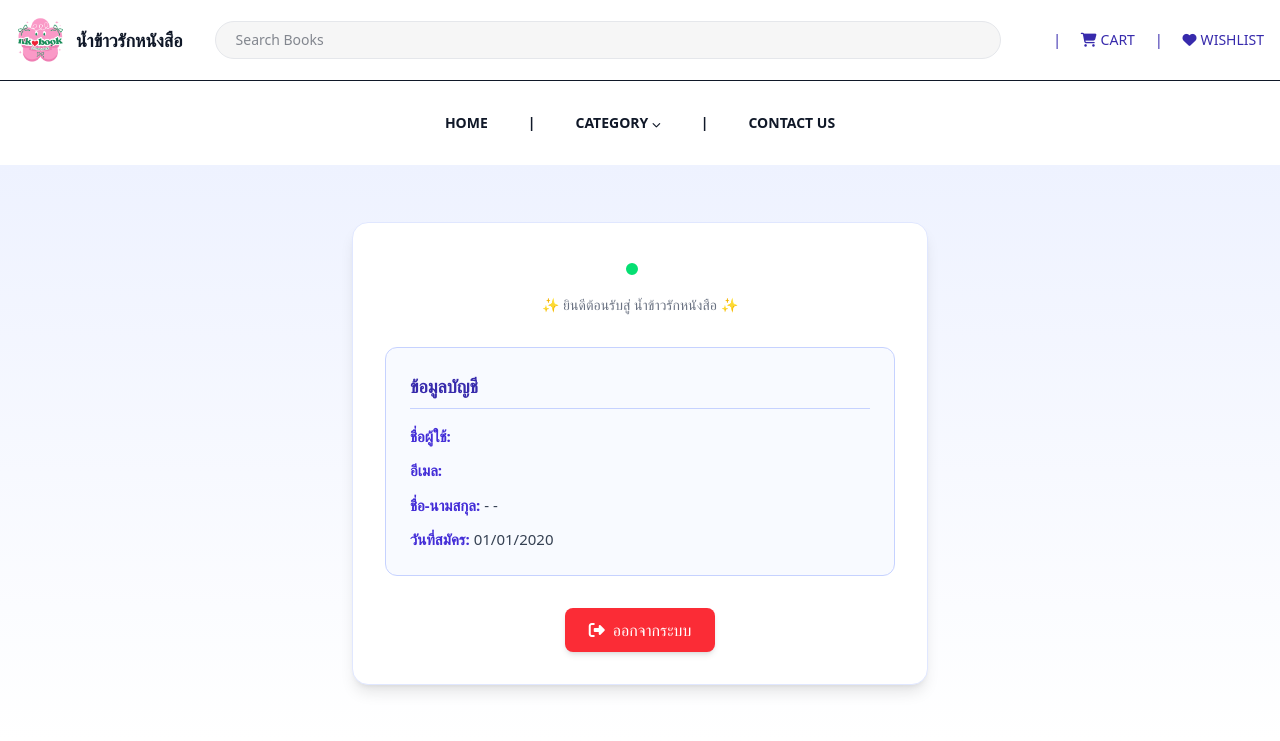
Repository: buratsakon0/NKLoveBook
Page: http://localhost/profile
An editor plug-in stored every save of this project. The page is shown before and after the next save, followed by the edit.
The browser window is 1280 px wide. The pictures show the whole page.
The page is served by the project's Laravel application, run on PHP 8.4 with Laravel 12. A made-up administrator, Test User (test@example.com), is signed in. Other server files are loaded and not shown. Style sheets and scripts are compiled from the project's sources, by tool versions that may differ from the author's. Queries for data that is not in the repository find no rows.

Above is the page before, as saved 2025-10-26 16:14:02.

### routes/web.php
<?php

use Illuminate\Support\Facades\Route;
use App\Http\Controllers\HomeController;
use App\Http\Controllers\CategoryController;
use App\Http\Controllers\BookController;
use App\Http\Controllers\AuthController;
use App\Http\Controllers\ProfileController;
use Illuminate\Http\Request;
use App\Models\User;

// หน้าแรก
Route::get('/', [HomeController::class, 'index'])->name('home');

// หน้า home (view ตรง)
Route::view('/home', 'home');

// หน้า book
Route::get('/book/{book}', [BookController::class, 'show'])->name('book.show');

// หน้า contact
Route::get('/contact', function () {
    return view('contact');
})->name('contact');

Route::get('/category/{id}', [CategoryController::class, 'show'])->name('category.show');

Route::get('/login', [AuthController::class, 'showLoginForm'])->name('login');
Route::post('/login', [AuthController::class, 'login']);

//  หน้าสมัครสมาชิก
Route::get('/register', [AuthController::class, 'showRegisterForm'])->name('register');
Route::post('/register', [AuthController::class, 'register']);

//  ปุ่มออกจากระบบ
Route::post('/logout', [AuthController::class, 'logout'])->name('logout');

Route::get('/profile', [ProfileController::class, 'show'])->middleware('auth')->name('profile');

Route::get('/api/check-username', function (Request $request) {
    $exists = User::where('Username', $request->Username)->exists();
    return response()->json(['exists' => $exists]);
});

Route::get('/api/check-email', function (Request $request) {
    $exists = User::where('Email', $request->Email)->exists();
    return response()->json(['exists' => $exists]);
});

### app/Models/User.php
<?php

namespace App\Models;

use Illuminate\Foundation\Auth\User as Authenticatable;
use Illuminate\Notifications\Notifiable;

class User extends Authenticatable
{
    use Notifiable;

    protected $table = 'users';
    protected $primaryKey = 'UserID';

    protected $fillable = [
        'Username',
        'Fname',
        'Lname',
        'Email',
        'Password',
    ];

    protected $hidden = [
        'Password',
    ];

    public function getAuthPassword()
    {
        return $this->Password;
    }
}

### app/Http/Controllers/ProfileController.php
<?php

namespace App\Http\Controllers;

use Illuminate\Support\Facades\Auth;

class ProfileController extends Controller
{
    public function show()
    {
        $user = Auth::user();
        return view('profile', compact('user'));
    }
}

### resources/views/profile.blade.php
@extends('layouts.app')

@section('content')
<div class="min-h-[80vh] flex justify-center items-center bg-gradient-to-b from-indigo-50 to-white py-10 px-4">
    <div class="bg-white shadow-lg rounded-2xl p-8 w-full max-w-xl border border-indigo-100">

        {{-- 🌸 ส่วนหัว --}}
        <div class="text-center mb-8">
            <div class="relative inline-block">
                <span class="absolute -bottom-1 right-0 bg-green-400 w-4 h-4 rounded-full border-2 border-white"></span>
            </div>
            <h2 class="text-2xl font-bold text-indigo-700 mt-4">{{ $user->Username }}</h2>
            <p class="text-gray-500 text-sm mt-1">✨ ยินดีต้อนรับสู่ น้ำข้าวรักหนังสือ ✨</p>
        </div>

        {{-- 🧾 ข้อมูลบัญชี --}}
        <div class="border border-indigo-200 rounded-xl p-6 bg-indigo-50/40">
            <h3 class="text-lg font-bold text-indigo-800 mb-4 border-b border-indigo-200 pb-2">
                ข้อมูลบัญชี
            </h3>

            <div class="space-y-3 text-gray-700 text-[15px]">
                <p><strong class="text-indigo-700">ชื่อผู้ใช้:</strong> {{ $user->Username }}</p>
                <p><strong class="text-indigo-700">อีเมล:</strong> {{ $user->Email }}</p>
                <p><strong class="text-indigo-700">ชื่อ-นามสกุล:</strong> {{ $user->Fname ?? '-' }} {{ $user->Lname ?? '-' }}</p>
                <p><strong class="text-indigo-700">วันที่สมัคร:</strong> {{ $user->created_at->format('d/m/Y') }}</p>
            </div>
        </div>

        {{-- 🚪 ปุ่มออกจากระบบ --}}
        <div class="mt-8 flex justify-center">
            <form method="POST" action="{{ route('logout') }}">
                @csrf
                <button type="submit"
                    class="bg-red-500 hover:bg-red-600 text-white px-6 py-2.5 rounded-lg font-medium shadow-md transition duration-200 ease-in-out">
                    <i class="fa fa-sign-out-alt mr-1"></i> ออกจากระบบ
                </button>
            </form>
        </div>
    </div>
</div>
@endsection

### resources/views/layouts/app.blade.php
<!DOCTYPE html>
<html lang="th">
<head>
    <meta charset="UTF-8">
    <meta name="viewport" content="width=device-width, initial-scale=1.0">
    <title>น้ำข้าวรักหนังสือ</title>

    @vite('resources/css/app.css')
    <link rel="stylesheet" href="https://cdnjs.cloudflare.com/ajax/libs/font-awesome/6.5.0/css/all.min.css">

</head>
<body class="bg-gray-50 text-gray-900">
    @include('component.navbar')

    <main>
        @yield('content')
    </main>



</body>
</html>

### resources/views/component/navbar.blade.php
@php
  use App\Models\Category;
  $categories = Category::all();
@endphp

@once
  <style>
    .nav-category {
      position: relative;
      display: inline-block;
    }
    .nav-category__toggle {
      display: inline-flex;
      align-items: center;
      gap: 0.4rem;
      padding: 0.2rem 0;
      border: 0;
      background: transparent;
      font-weight: 600;
      text-transform: uppercase;
      letter-spacing: 0.22em;
      font-size: 0.9rem;
      color: #dd4f2f;
      cursor: pointer;
      transition: color 0.2s ease;
    }
    .nav-category__toggle:focus-visible {
      outline: 2px solid #f26d3d;
      outline-offset: 4px;
    }
    .nav-category:hover .nav-category__toggle,
    .nav-category:focus-within .nav-category__toggle {
      color: #f26d3d;
    }
    .nav-category__menu {
      position: absolute;
      top: 100%;
      left: 50%;
      transform: translateX(-50%);
      width: 15rem;
      display: none;
      background: #fff5e9;
      border: 1px solid #f2c6a6;
      border-radius: 8px;
      box-shadow: 0 6px 20px rgba(0, 0, 0, 0.12);
      padding-bottom: 0.5rem;
      z-index: 40;
    }
    .nav_item:hover {
      color: #f26d3d;
    }
    .nav-category:hover .nav-category__menu,
    .nav-category:focus-within .nav-category__menu {
      display: block;
    }
    .nav-category__top-strip {
      height: 4px;
      background: #b280d6;
      border-top-left-radius: 8px;
      border-top-right-radius: 8px;
    }
    .nav-category__notch {
      position: absolute;
      top: -12px;
      right: 1.5rem;
      width: 0;
      height: 0;
      border-left: 12px solid transparent;
      border-right: 12px solid transparent;
      border-bottom: 12px solid #fff5e9;
      filter: drop-shadow(0 2px 4px rgba(0, 0, 0, 0.1));
    }
    .nav-category__list {
      list-style: none;
      margin: 0;
      padding: 0;
    }
    .nav-category__item {
      border-top: 1px solid #f2c6a6;
    }
    .nav-category__item:first-child {
      border-top: none;
    }
    .nav-category__link {
      width: 100%;
      border: 0;
      background: transparent;
      display: block;
      padding: 0.95rem 1.75rem;
      text-decoration: none;
      color: #d65032;
      font-size: 0.92rem;
      font-weight: 500;
      letter-spacing: 0.08em;
      transition: background-color 0.15s ease, color 0.15s ease;
    }
    .nav-category__link:hover,
    .nav-category__link:focus {
      background: #ffffff;
      color: #f26d3d;
    }
  </style>
@endonce

<nav class="bg-white shadow-md">
  <div class="max-w-7xl mx-auto px-4 py-4 flex items-center justify-between">
    <!-- Left: Logo -->
    <div class="flex items-center gap-3">
      <img src="{{ asset('images/newlogo.png') }}" class="w-12 h-12" alt="logo">
      <span class="text-lg font-bold">น้ำข้าวรักหนังสือ</span>
    </div>

    <!-- Center: Search -->
    <div class="flex-1 mx-8">
      <input
        type="text"
        placeholder="Search Books"
        style="background-color: #f6f6f6;"
        class="w-full border border-gray-200 rounded-full px-5 py-2 text-sm focus:outline-none focus:ring-1 focus:ring-indigo-400">
    </div>

    <!-- Right: Icons -->
    <div class="flex gap-5 text-sm font-medium text-indigo-800">
    @auth
        <!-- ✅ login แล้ว -->
        <a href="{{ route('profile') }}" class="text-indigo-600 font-semibold">
            {{ Auth::user()->Username }}
        </a>
    @else
        <!-- ❌ ยังไม่ login -->
        <a href="{{ route('login') }}" class="text-indigo-600 font-semibold">
            ACCOUNT
        </a>
    @endauth

    <span>|</span>
    <a href="#" class="flex items-center gap-1 hover:text-indigo-500">
        <i class="fa fa-shopping-cart"></i> CART
    </a>
    <span>|</span>
    <a href="#" class="flex items-center gap-1 hover:text-indigo-500">
        <i class="fa fa-heart"></i> WISHLIST
    </a>
</div>

  </div>

  <!-- Bottom Menu -->
  <div class="border-t">
    <div class="flex justify-center gap-10 py-[2rem] text-sm uppercase font-semibold">
      <a href="/" class="nav_item hover:text-[#ED553B]">Home</a>
      <span>|</span>

      <!-- Dropdown Category -->
      <div class="nav-category">
        <button class="uppercase font-semibold nav_item">
          Category <i class="fa fa-chevron-down" style="font-size: 0.55rem;"></i>
        </button>
        <div class="nav-category__menu">
          <span class="nav-category__notch"></span>
          <div class="nav-category__top-strip"></div>
          <ul class="nav-category__list">
            @foreach ($categories as $cat)
              <li class="nav-category__item">
                <a href="{{ route('category.show', $cat->CategoryID) }}" class="nav-category__link">
                  {{ $cat->CategoryName }}
                </a>
              </li>
            @endforeach
          </ul>
        </div>
      </div>

      <span>|</span>
      <a href="/contact" class="nav_item hover:text-[#ED553B]">Contact Us</a>
    </div>
  </div>
</nav>

### app/Models/Category.php
<?php

namespace App\Models;

use Illuminate\Database\Eloquent\Factories\HasFactory;
use Illuminate\Database\Eloquent\Model;

class Category extends Model
{
    use HasFactory;

    // ชื่อตารางจริงใน DB
    protected $table = 'categories';

    // ชื่อ primary key จริง
    protected $primaryKey = 'CategoryID';

    // ให้ Laravel รู้ว่าคอลัมน์ที่ใช้บ่อยคืออะไร
    protected $fillable = ['CategoryName'];

    public $timestamps = true;
}

Loaded but not shown: app/Http/Controllers/Controller.php (common file); resources/css/app.css (common file)

After the next save:
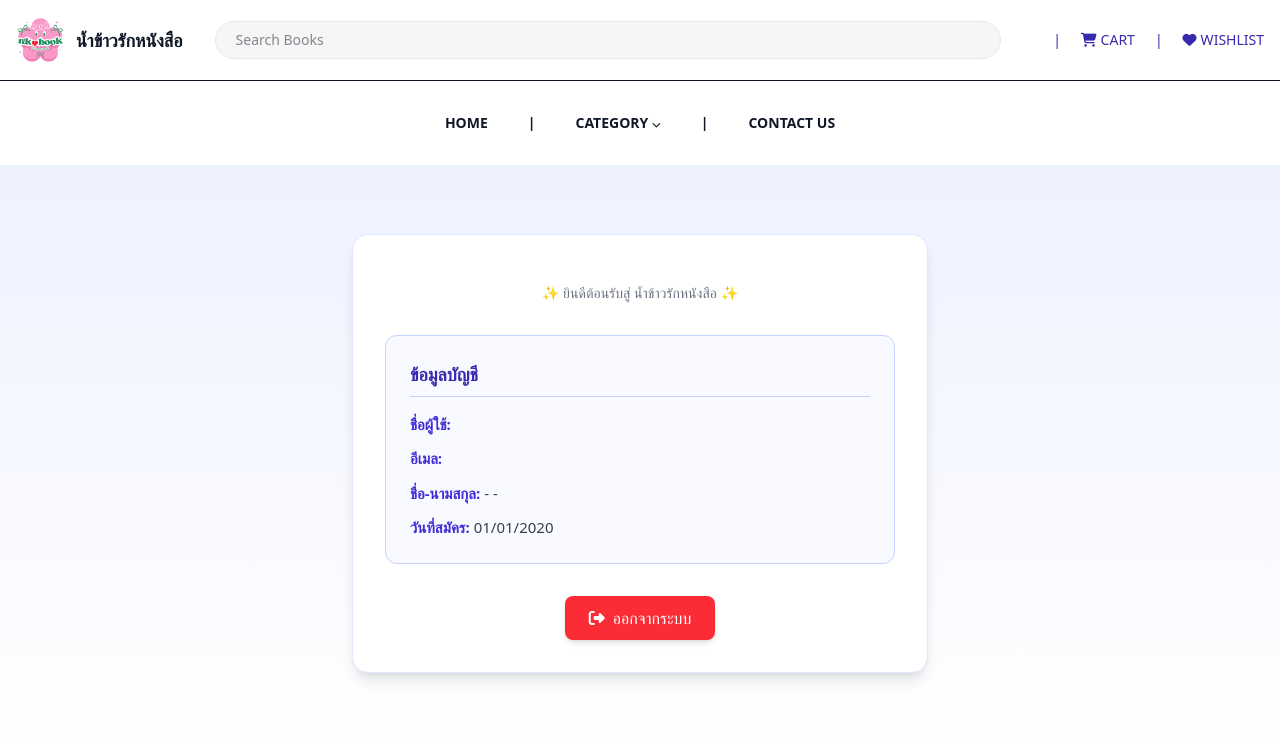
Saved 13 s later.
--- a/resources/views/profile.blade.php
+++ b/resources/views/profile.blade.php
@@ -6,9 +6,6 @@
 
         {{-- 🌸 ส่วนหัว --}}
         <div class="text-center mb-8">
-            <div class="relative inline-block">
-                <span class="absolute -bottom-1 right-0 bg-green-400 w-4 h-4 rounded-full border-2 border-white"></span>
-            </div>
             <h2 class="text-2xl font-bold text-indigo-700 mt-4">{{ $user->Username }}</h2>
             <p class="text-gray-500 text-sm mt-1">✨ ยินดีต้อนรับสู่ น้ำข้าวรักหนังสือ ✨</p>
         </div>
